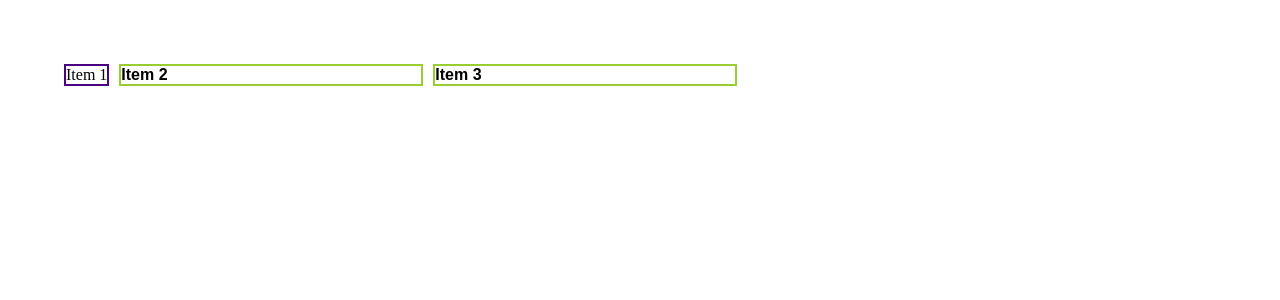
Repository: Elianmrey/TP1-Mobile-First
Page: EXERCISES/EX_4/index.html
An editor plug-in stored every save of this project. The page is shown before and after a run of saves, followed by the edit.
The browser window is 1280 px wide. The pictures show the whole page.

Above is the page before, as saved 2024-08-04 21:06:02.

After the next 2 saves:
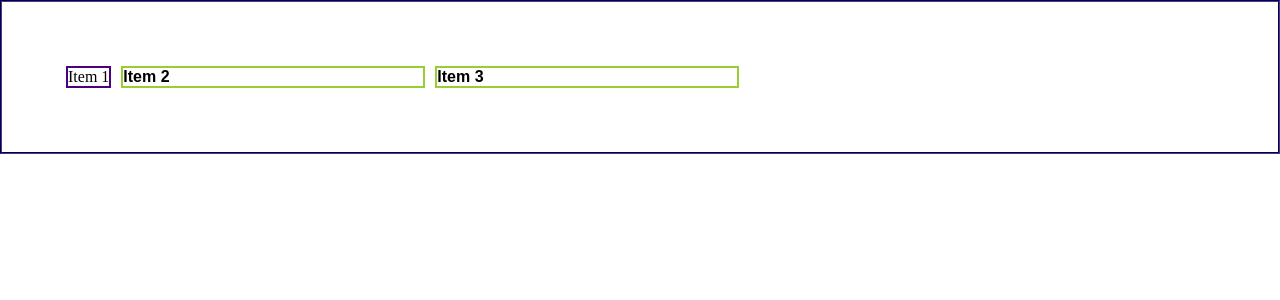
The 2 saves are shown as one change because they came seconds apart.
The last was saved 12 s later.
--- a/EXERCISES/EX_4/style.css
+++ b/EXERCISES/EX_4/style.css
@@ -9,7 +9,7 @@ padding: 0;
   display: flex;
   flex-direction: row;
   gap: 10px;
-  border: g 2px rgb(36, 29, 107);
+  border: groove 2px rgb(36, 29, 107);
   padding: 5%;
 }
 
